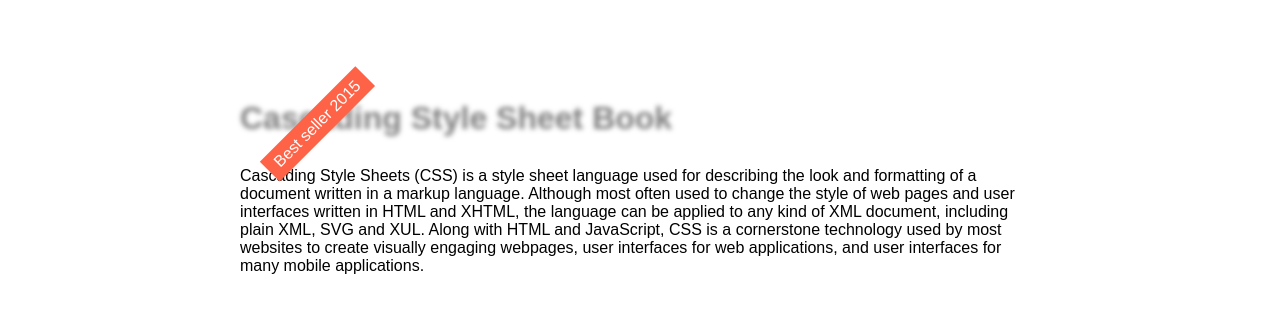
Repository: G1tHub-zer0/BTTH
Page: BTCSS/bai12.html
These files come from the project's save history. The page is drawn as it stood at one moment and after a run of saves; the edit follows.
The browser window is 1280 px wide. The pictures show the whole page.

Above is the page before, as saved 2024-03-22 19:20:01.

### BTCSS/bai12.html
<!DOCTYPE html>
<html lang='en'>

<head>
    <meta charset='UTF-8'>
    <meta http-equiv='X-UA-Compatible' content='IE=edge'>
    <meta name='viewport' content='width=device-width, initial-scale=1.0'>
    <link rel='stylesheet' href='bai12.css'>
    <title></title>
</head>

<body>
    <div class="container">
        <div class="ribbon">Best seller 2015</div>
        <h1>Cascading Style Sheet Book</h1>
        <p>
            Cascading Style Sheets (CSS) is a style sheet language used for describing the look and formatting of a
            document written in a markup language. Although most often used to change the style of web pages and user
            interfaces written in HTML and XHTML, the language can be applied to any kind of XML document, including
            plain XML, SVG and XUL. Along with HTML and JavaScript, CSS is a cornerstone technology used by most
            websites to create visually engaging webpages, user interfaces for web applications, and user interfaces for
            many mobile applications.
        </p>
    </div>
</body>

</html>

### BTCSS/bai12.css
body {
  margin: 0 auto;
  max-width: 800px;
  font-family: Arial, sans-serif;
  box-sizing: border-box;
  padding: 0;
}
h1 {
  color: transparent;
  text-shadow: 0 0 5px rgba(0, 0, 0, 0.5);
}
p {
  margin-top: 30px;
}
.container {
  position: relative;
  margin-top: 100px;
}
.ribbon {
  position: absolute;
  top: 10px;
  left: 10px;
  background-color: #ff6347;
  color: #fff;
  padding: 5px 10px;
  transform: rotate(-45deg);
}

After the next 3 saves:
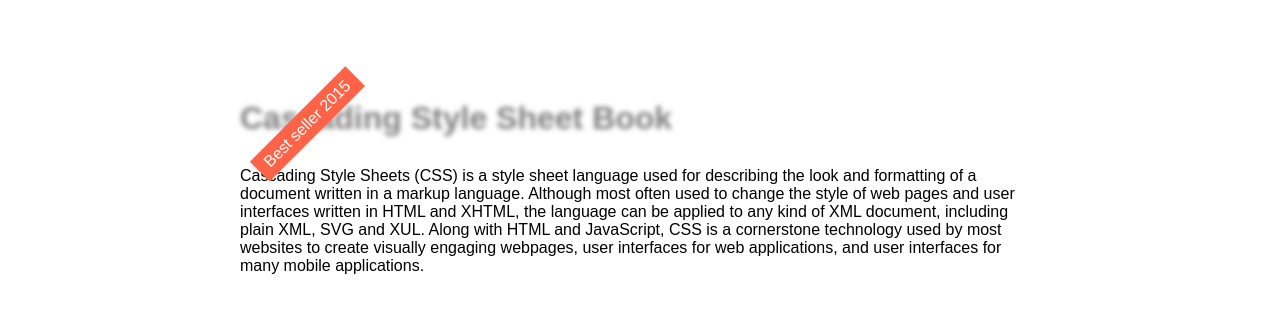
The 3 saves are shown as one change because they came seconds apart.
The last was saved 13 s later.
--- a/BTCSS/bai12.css
+++ b/BTCSS/bai12.css
@@ -19,7 +19,7 @@ p {
 .ribbon {
   position: absolute;
   top: 10px;
-  left: 10px;
+  left: 0px;
   background-color: #ff6347;
   color: #fff;
   padding: 5px 10px;
